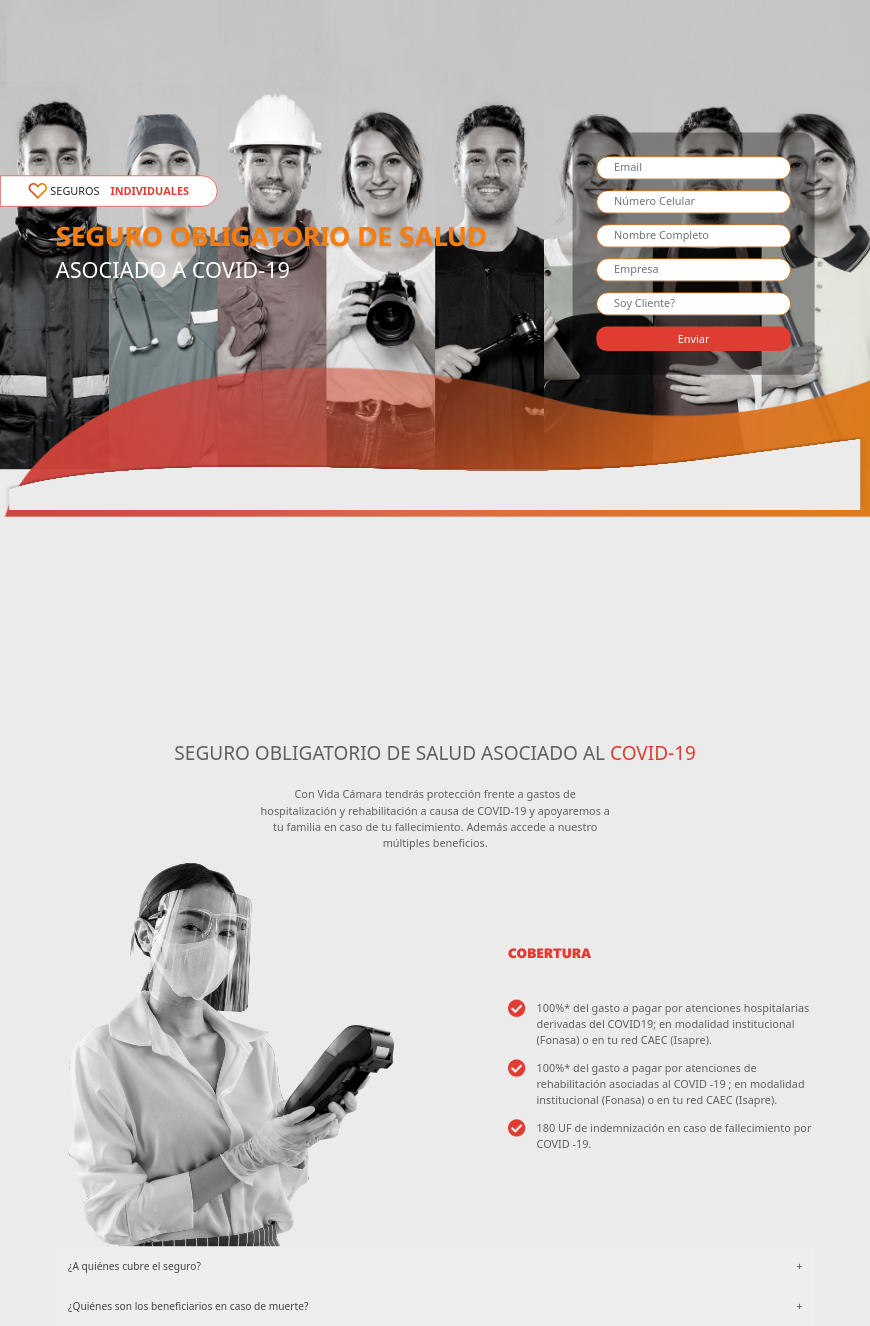
Repository: Darigo30/vidacamara
Page: index.html
These files come from the project's save history. The page is drawn as it stood at one moment and after the next save; the edit follows.
The browser window is 1280 px wide. The pictures show the whole page, at 68% of full size.
Some web fonts or font styles are not loaded; a fallback is used. Some web libraries are served in a nearby version.

Above is the page before, as saved 2021-07-29 19:47:39.

### index.html
<!DOCTYPE html>
<html lang="es">
<head>
    <meta charset="UTF-8">
    <link rel= "shortcut icon "type="image/png" href="assets/img/favicon.png">
    <meta name="viewport" content="width=device-width, initial-scale=1.0">
    <link rel="stylesheet" href="css/style.css">
    <title>Vida Cámara</title>
</head>
<body>
    <main>
        <nav class="navbar navb">
            <div class="container">
              <a class="navbar-brand" href="#">
                <img src="/assets/img/logo.png" alt="Logo Vida Camara">
              </a>
            </div>
        </nav>
        <section class="bg-header">
            <div class="seg">
                <img src="assets/img/heart.png">
                <div class="ms-1 text-uppercase">Seguros</div>
                <div class="ms-3 text-uppercase fw-bold"><span>Individuales</span></div>
            </div>
            <div class="container">
                <div class="row cont-form-text">
                    <div class="col-8 d-flex flex-column justify-content-center">
                        <h1>Seguro obligatorio de salud</h1>
                        <h2 class="text-uppercase">Asociado a COVID-19</h2>
                    </div>
                    <div class="col-4">
                        <div class="form">
                            <div class="mb-3">
                                <input type="email" class="form-control rounded-pill br-f" id="exampleFormControlInput1" placeholder="Email">
                            </div>
                            <div class="mb-3">
                                <input type="email" class="form-control rounded-pill br-f" id="exampleFormControlInput1" placeholder="Número Celular">
                            </div>
                            <div class="mb-3">
                                <input type="email" class="form-control rounded-pill br-f" id="exampleFormControlInput1" placeholder="Nombre Completo">
                            </div>
                            <div class="mb-3">
                                <input type="email" class="form-control rounded-pill br-f" id="exampleFormControlInput1" placeholder="Empresa">
                            </div>
                            <div class="mb-3">
                                <input type="email" class="form-control rounded-pill br-f" id="exampleFormControlInput1" placeholder="Soy Cliente?">
                            </div>
                            <button class="btn btn-primary btn-grande">Enviar</button>
                          </div>
                    </div>
                </div>
            </div>
        </section>
        <section class="seguro">
             <div class="mascara"></div>
            <div class="container">
                <div class="row">
                    <div class="col-12">
                        <div class="seguro">
                            <h3 class="seguro__titulo text-center text-uppercase">
                                Seguro obligatorio de salud asociado al <span class="seguro__titulo seguro__titulo--covid">COVID-19</span>
                            </h3>
                            <p class="seguro__texto text-center pt-4 convi">Con Vida Cámara tendrás protección frente a gastos de hospitalización y rehabilitación a causa de COVID-19 y apoyaremos a tu familia en caso de tu fallecimiento. Además accede a nuestro múltiples beneficios. </p>
                        </div>
                    </div>
                </div>
                <div class="row">
                    <div class="col-7">
                        <img class="img-mujer" src="assets/img/mujer.png">
                    </div>
                    <div class="col-5 d-flex flex-column justify-content-center">
                        <h5 class="text-uppercase pb-5"><span>Cobertura</span></h5>
                        <div class="icon-txt-cober">
                            <img src="assets/img/check.png">
                            <p class="ps-3">100%* del gasto a pagar por atenciones hospitalarias derivadas del COVID19;
                                en modalidad institucional  (Fonasa) o en tu red CAEC (Isapre).
                            </p>
                        </div>
                        <div class="icon-txt-cober">
                            <img src="assets/img/check.png">
                            <p class="ps-3">100%* del gasto a pagar por atenciones de rehabilitación asociadas al COVID -19 ; en modalidad institucional
                                (Fonasa) o en tu red CAEC (Isapre).
                            </p>
                        </div>
                        <div class="icon-txt-cober">
                            <img src="assets/img/check.png">
                            <p class="ps-3">180 UF de indemnización en caso de fallecimiento por
                                COVID -19.
                            </p>
                        </div>
                    </div>
                </div>
            </div>
        </section>
        <section>
            <div class="container">
                <div class="row">
                    <div class="col-12">
                        <button class="accordion">¿A quiénes cubre el seguro?</button>
                        <div class="panel">
                            <p>Todos los trabajadores del sector privado con contratos sujetos al Código del Trabajo y que estén desarrollando sus labores de manera presencial,
                                total o parcial; ya sea que estén afiliados a Fonasa o Isapres.
                                <br>
                                Se excluyen aquellos trabajadores que hayan pactado el cumplimiento de su jornada bajo las modalidades de trabajo a distancia o teletrabajo de
                                manera exclusiva.
                            </p>
                        </div>

                        <button class="accordion">¿Quiénes son los beneficiarios en caso de muerte?</button>
                        <div class="panel">
                            <p>Lorem ipsum dolor sit amet, consectetur adipisicing elit, sed do eiusmod tempor incididunt ut labore et dolore magna aliqua. Ut enim ad minim veniam, quis nostrud exercitation ullamco laboris nisi ut aliquip ex ea commodo consequat.</p>
                        </div>
                    </div>
                </div>
            </div>
        </section>
    </main>


<link href="https://cdn.jsdelivr.net/npm/bootstrap@5.0.0-beta2/dist/css/bootstrap.min.css" rel="stylesheet" integrity="sha384-BmbxuPwQa2lc/FVzBcNJ7UAyJxM6wuqIj61tLrc4wSX0szH/Ev+nYRRuWlolflfl" crossorigin="anonymous">
<script src="https://cdn.jsdelivr.net/npm/bootstrap@5.0.0-beta2/dist/js/bootstrap.min.js" integrity="sha384-nsg8ua9HAw1y0W1btsyWgBklPnCUAFLuTMS2G72MMONqmOymq585AcH49TLBQObG" crossorigin="anonymous"></script>
<script src="https://cdn.jsdelivr.net/npm/@popperjs/core@2.6.0/dist/umd/popper.min.js" integrity="sha384-KsvD1yqQ1/1+IA7gi3P0tyJcT3vR+NdBTt13hSJ2lnve8agRGXTTyNaBYmCR/Nwi" crossorigin="anonymous"></script>
<script src="https://code.jquery.com/jquery-3.5.1.min.js" integrity="sha256-9/aliU8dGd2tb6OSsuzixeV4y/faTqgFtohetphbbj0=" crossorigin="anonymous"></script>

<!--Mi script-->
<script src="js/custom.js"></script>

</body>
</html>

### css/style.css
:root{
    --body-color: #EBEBEB;
    --color-orange: #F77D0C;
    --color-white: #FFFFFF;
    --color-grey: #606060;
    --color-red: #E03C31;
    --color-par: #606060;
}
@font-face {
    font-family: 'Segoe UI Regular';
    font-style: normal;
    font-weight: normal;
    src: local('Segoe UI Regular'), url('/assets/fonts/UI.woff') format('woff');
}
@font-face {
    font-family: 'Segoe UI Bold';
    font-style: normal;
    font-weight: normal;
    src: local('Segoe UI Bold'), url('/assets/fonts/Segoe UI Bold.woff') format('woff');
}
@font-face {
    font-family: 'Segoe UI Black';
    font-style: normal;
    font-weight: normal;
    src: local('Segoe UI Black'), url('/assets/fonts/seguibl.woff') format('woff');
}

/*Basics*/

body{
    box-sizing: border-box;
    font-family: 'Segoe UI Regular';
    padding: 0;
    margin: 0;
    font-size: 15px;
    color: var(--color-par);
    background: var(--body-color)!important;
}
h1{
    font-size: 56px;
    color: var(--color-orange);
    text-shadow: 0px 2px 2px rgba(0, 0, 0, 0.1);
    font-family: 'Segoe UI Black';
    font-family: 'Segoe UI Bold';
    text-transform: uppercase;
}
h2{
    font-size: 41px;
    color: var(--color-white);
}
h3{
    font-size: 40px;
    color: var(--color-grey);
}
h4{
    font-size: 30px;
}
h5{
    font-size: 26px;
    font-family: 'Segoe UI Black';
}
span{
    color: var(--color-red);
}
p{
    color: var(--color-par);
}
/*Header + Banner*/

.navbar.navb {
    position: absolute;
    width: 100%;
    margin-top: 25px;
}
.bg-header{
    background: url(/assets/img/bg-header.jpg) center no-repeat;
    background-size: cover;
    height: 690px;
    display: flex;
    align-items: center;
    position: relative;
}
.form {
    background: #00000061;
    padding: 35px;
    border-radius: 20px;
}
.form-control.br-f {
   border: 1px solid var(--color-orange);
   padding: 3px 25px 5px;
}
.btn.btn-grande{
    background: var(--color-red);
    border: none;
    width: 100%;
    border-radius: 15px;
}
.row.cont-form-text{
    margin-top: 5%;
}
.seg {
    background: white;
    width: 25%;
    position: absolute;
    top: 30%;
    display: flex;
    justify-content: center;
    padding: 10px 10px;
    border-top-right-radius: 25px;
    border-bottom-right-radius: 25px;
    border: 1px solid var(--color-red);
    margin-top: 4%;
}
.bg-header::before{
    content: '';
    background: url(/assets/img/onda.png) bottom no-repeat;
    background-size: auto;
    background-size: auto;
    background-size: 100%;
    position: absolute;
    width: 100%;
    height: 35%;
    z-index: 0;
    bottom: -70px;
}
/*Seccion seguro obligatorio*/

.seguro{
    margin-top: 200px;
}
.icon-txt-cober {
    display: flex;
    align-items: start;
}
.mascara{
    position: absolute;
    bottom: -30px;
    background: url(/assets/img/mascara2.png);
    background-size: auto;
    background-size: 100% 110px;
    width: 100%;
    height: 110px;
    z-index: 9;
}
.convi{
    padding: 0 300px;
}
.img-mujer{
    width: 80%;
}
.accordion {
    background-color: #eee;
    color: #444;
    cursor: pointer;
    padding: 18px;
    width: 100%;
    border: none;
    text-align: left;
    outline: none;
    font-size: 15px;
    transition: 0.4s;
  }

  .active, .accordion:hover {
    background-color: #ccc;
  }

  .accordion:after {
    content: '\002B';
    color: #777;
    font-weight: bold;
    float: right;
    margin-left: 5px;
  }

  .active:after {
    content: "\2212";
  }

  .panel {
    padding: 0 18px;
    background-color: white;
    max-height: 0;
    overflow: hidden;
    transition: max-height 0.2s ease-out;
  }

### js/custom.js
var accordion = document.getElementsByClassName("accordion");
var i;

for (i = 0; i < accordion.length; i++) {
  accordion[i].addEventListener("click", function() {
    this.classList.toggle("active");
    var panel = this.nextElementSibling;
    if (panel.style.maxHeight) {
      panel.style.maxHeight = null;
    } else {
      panel.style.maxHeight = panel.scrollHeight + "px";
    }
  });
}

After the next save:
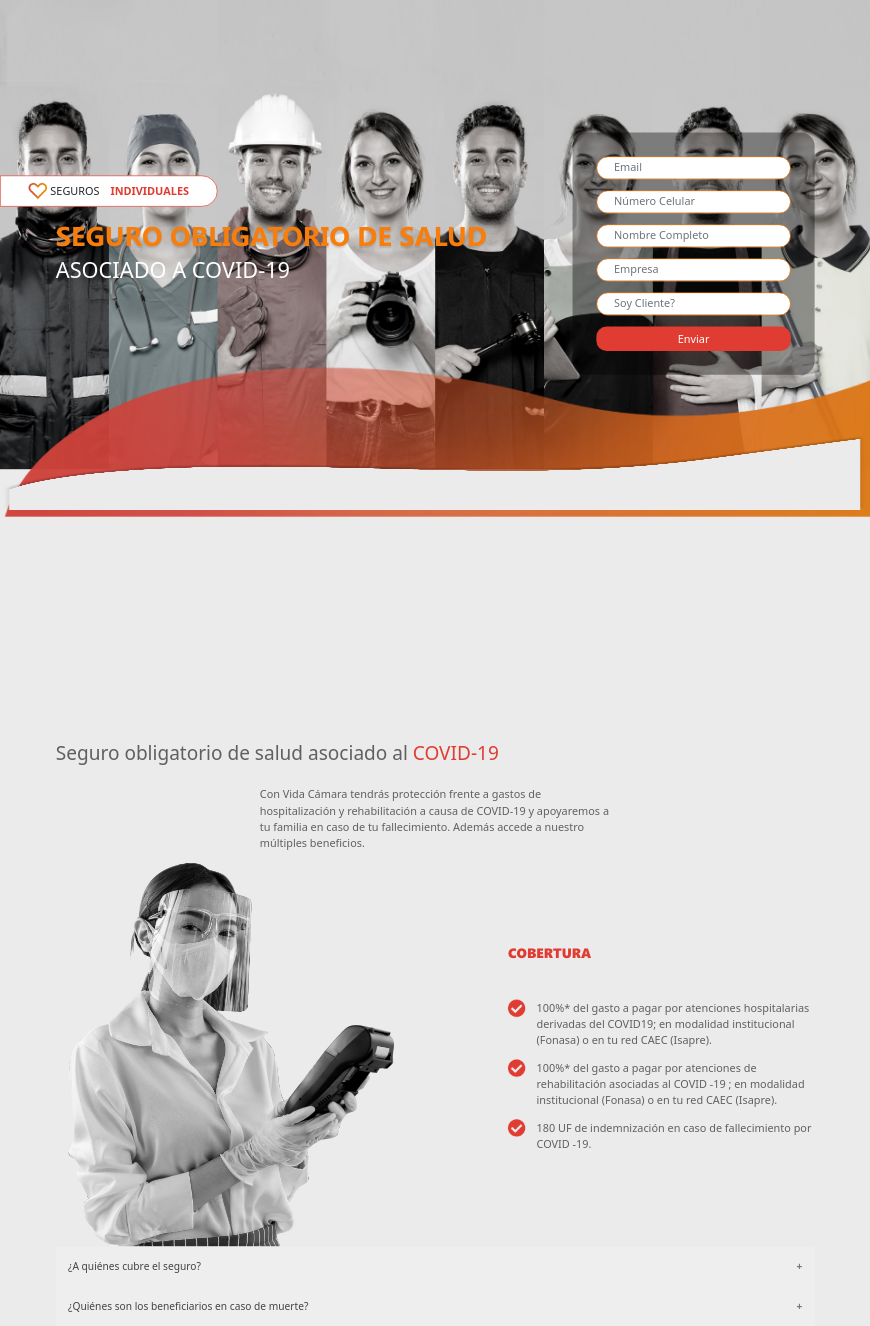
Saved 2 min 56 s later.
--- a/index.html
+++ b/index.html
@@ -57,10 +57,10 @@
                 <div class="row">
                     <div class="col-12">
                         <div class="seguro">
-                            <h3 class="seguro__titulo text-center text-uppercase">
+                            <h3 class="seguro__titulo">
                                 Seguro obligatorio de salud asociado al <span class="seguro__titulo seguro__titulo--covid">COVID-19</span>
                             </h3>
-                            <p class="seguro__texto text-center pt-4 convi">Con Vida Cámara tendrás protección frente a gastos de hospitalización y rehabilitación a causa de COVID-19 y apoyaremos a tu familia en caso de tu fallecimiento. Además accede a nuestro múltiples beneficios. </p>
+                            <p class="seguro__texto pt-4 convi">Con Vida Cámara tendrás protección frente a gastos de hospitalización y rehabilitación a causa de COVID-19 y apoyaremos a tu familia en caso de tu fallecimiento. Además accede a nuestro múltiples beneficios. </p>
                         </div>
                     </div>
                 </div>
